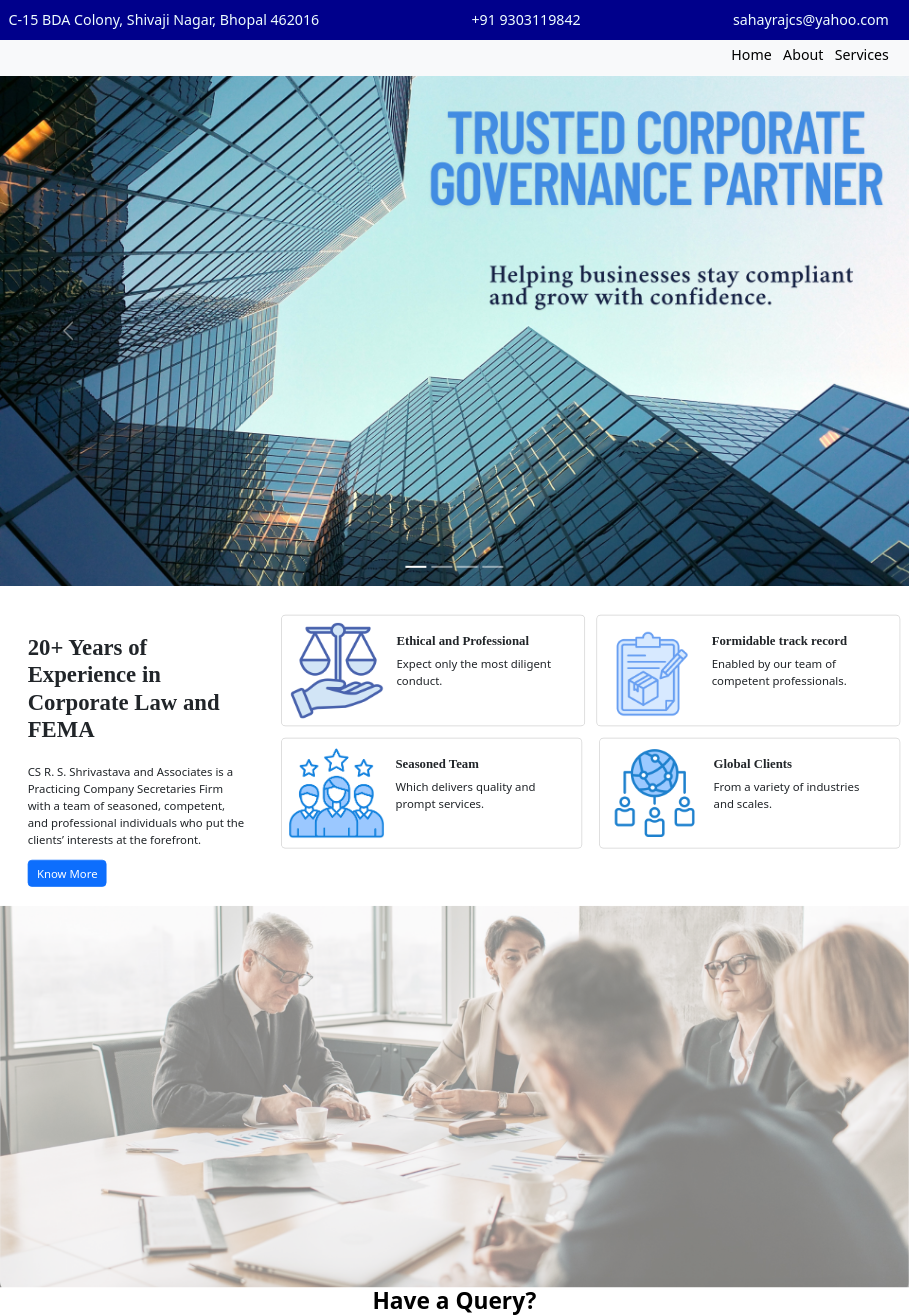
Repository: aayushiss/CS-RSS
Page: index.html
An editor plug-in stored every save of this project. The page is shown before and after the next save, followed by the edit.
The browser window is 1280 px wide. The pictures show the whole page, at 71% of full size.

Above is the page before, as saved 2025-05-15 18:43:33.

After the next save:
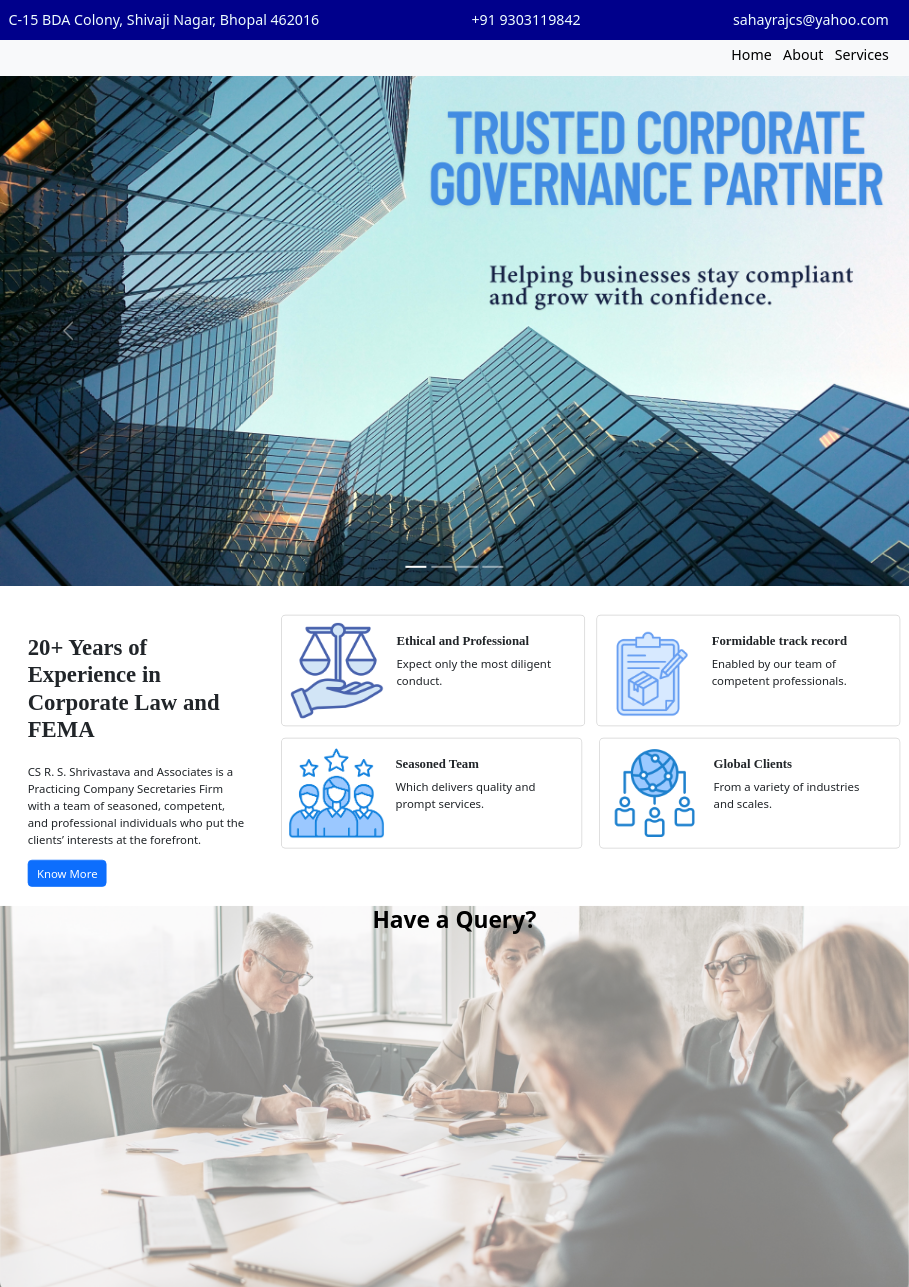
Saved 12 s later.
--- a/index.html
+++ b/index.html
@@ -157,7 +157,7 @@
 
       <div class="position-relative text-center">
       <img src="images/haveAQuery.jpg" class="img-fluid" alt="..." style="opacity: .5;">
-      <h2 class="position-absolute top-25 start-50 translate-middle-x text-black fw-bold">
+      <h2 class="position-absolute top-0 start-50 translate-middle-x text-black fw-bold">
         Have a Query?
       </h2>
     </div>

After the save that followed:
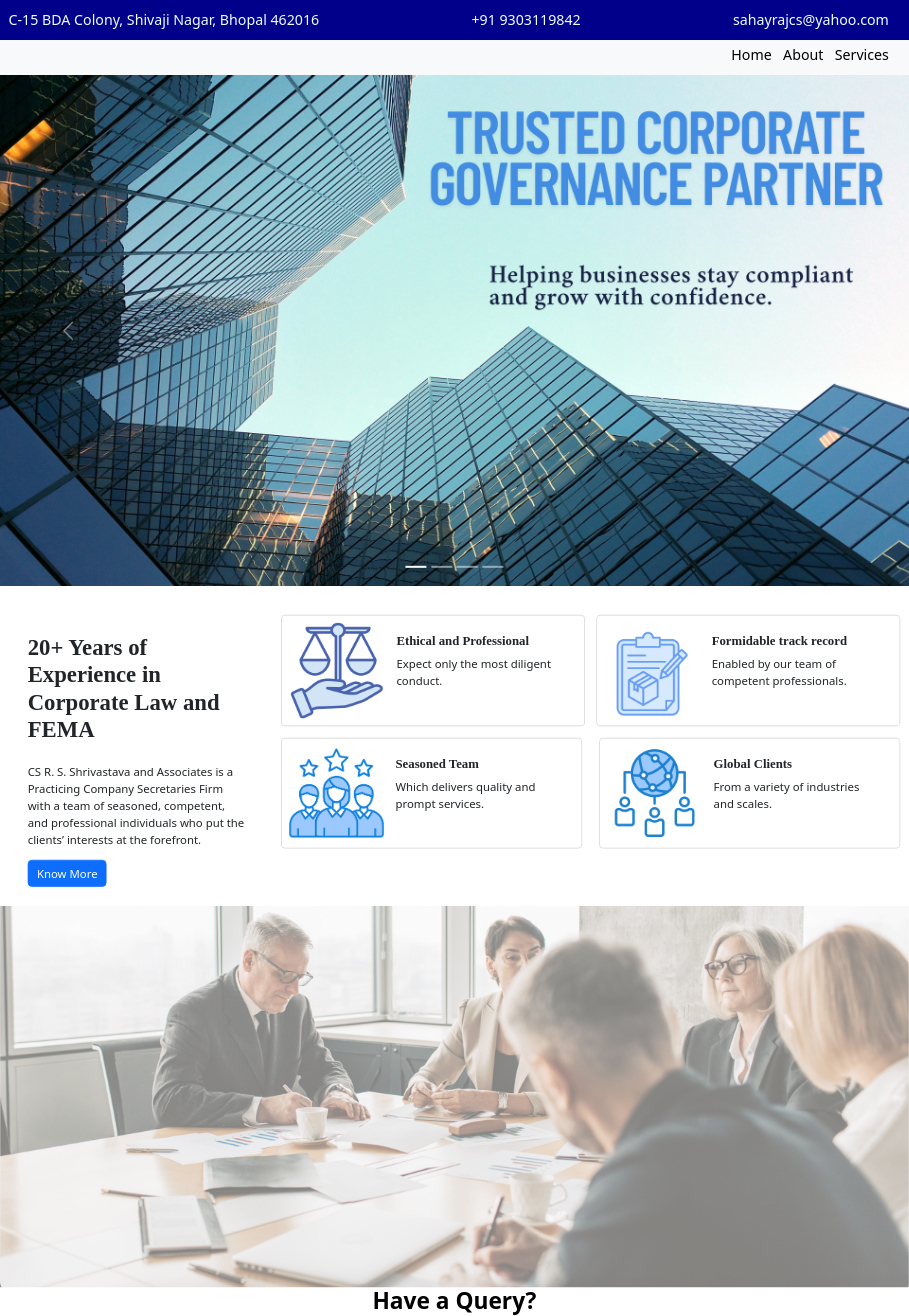
Saved 7 s later.
--- a/index.html
+++ b/index.html
@@ -157,7 +157,7 @@
 
       <div class="position-relative text-center">
       <img src="images/haveAQuery.jpg" class="img-fluid" alt="..." style="opacity: .5;">
-      <h2 class="position-absolute top-0 start-50 translate-middle-x text-black fw-bold">
+      <h2 class="position-absolute top-10 start-50 translate-middle-x text-black fw-bold">
         Have a Query?
       </h2>
     </div>
